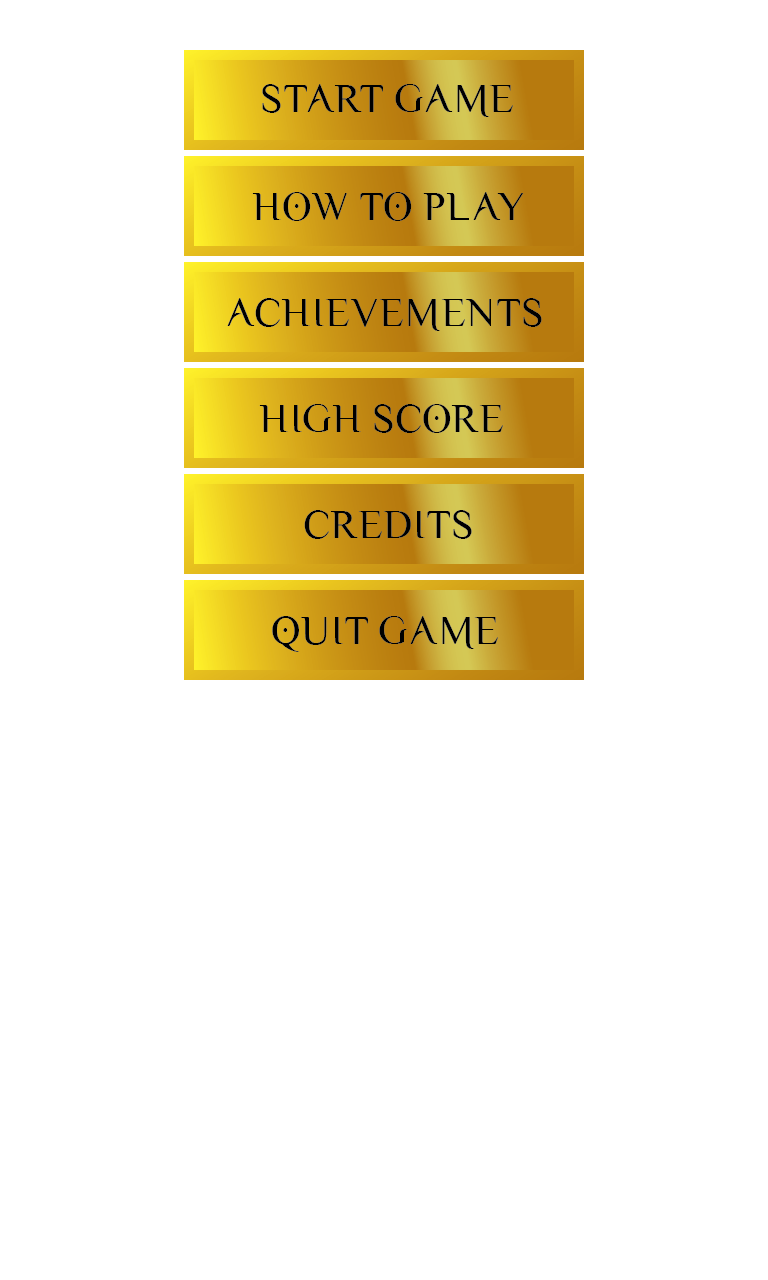
Repository: Zilter/IMT3671-Mobile-Project
Layout: GemSwapper/res/layout/activity_main.xml
These files come from the project's save history. The layout is drawn as it stood at one moment and after the next save; the edit follows.
It is drawn on a 768 x 1280 px phone screen (xhdpi) without system bars, with theme AppTheme; the app's code is not run.

Above is the layout before, as saved 2012-12-04 12:23:40.

### GemSwapper/res/layout/activity_main.xml
<RelativeLayout xmlns:android="http://schemas.android.com/apk/res/android"
    xmlns:tools="http://schemas.android.com/tools"
    android:layout_width="fill_parent"
    android:layout_height="fill_parent" >

<!--     <ImageView -->
<!--         android:id="@+id/main_menu" -->
<!--         android:contentDescription="@string/imageDescription" -->
<!--         android:src="@drawable/ic_launcher.png" -->
<!--         android:layout_height="wrap_content" -->
<!--         android:layout_width="wrap_content" -->
<!--         android:layout_alignParentRight="true" -->
<!--         android:layout_centerVertical="true" -->
<!--         android:layout_marginRight="25dp"  -->
<!--     /> -->

    <LinearLayout
        android:layout_width="fill_parent"
        android:layout_height="fill_parent"
        android:orientation="vertical" >

     	<ImageButton
     	    android:id="@+id/start_game_button"
     	    android:background="@drawable/start_game_01"
     	    android:layout_height="wrap_content"
     	    android:layout_width="wrap_content"
     	    android:layout_gravity="center"
     	    android:layout_marginTop="25dp"
     	    android:contentDescription="@string/imageDescription"
     	    />

     	<ImageButton
     	    android:id="@+id/howToPlay_button"
     	    android:background="@drawable/how_to_play_01"
     	    android:layout_height="wrap_content"
     	    android:layout_width="wrap_content"
     	    android:layout_gravity="center"
     	    android:layout_marginTop="3dp"
     	    android:contentDescription="@string/imageDescription"
     	    />

     	<ImageButton
     	    android:id="@+id/achievements_button"
     	    android:background="@drawable/achievements_01"
     	    android:layout_height="wrap_content"
     	    android:layout_width="wrap_content"
     	    android:layout_gravity="center"
     	    android:layout_marginTop="3dp"
     	    android:contentDescription="@string/imageDescription"
     	    />

     	<ImageButton
     	    android:id="@+id/high_score_button"
     	    android:background="@drawable/high_score_01"
     	    android:layout_height="wrap_content"
     	    android:layout_width="wrap_content"
     	    android:layout_gravity="center"
     	    android:layout_marginTop="3dp"
     	    android:contentDescription="@string/imageDescription"
     	    />

     	<ImageButton
     	    android:id="@+id/credits_button"
     	    android:background="@drawable/credits_01"
     	    android:layout_height="wrap_content"
     	    android:layout_width="wrap_content"
     	    android:layout_gravity="center"
     	    android:layout_marginTop="3dp"
     	    android:contentDescription="@string/imageDescription"
     	    />

     	<ImageButton
     	    android:id="@+id/quit_game_button"
     	    android:background="@drawable/quit_game_01"
     	    android:layout_height="wrap_content"
     	    android:layout_width="wrap_content"
     	    android:layout_gravity="center"
     	    android:layout_marginTop="3dp"
     	    android:contentDescription="@string/imageDescription"
     	    />


    </LinearLayout>

</RelativeLayout>

### GemSwapper/res/values/strings.xml
<?xml version="1.0" encoding="utf-8"?>
<resources>

    <string name="app_name">GemSwapper</string>
    <string name="menu_settings">Settings</string>

    <!-- activities -->
    <string name="title_activity_main">MainActivity</string>
    <string name="title_activity_highscore">HighscoreActivity</string>
    <string name="title_activity_credits">CreditsActivity</string>

    <!-- Main Menu & Menu Buttons -->
    <string name="start_game">Start Game</string>
    <string name="how_to_play">How to Play</string>
    <string name="achievements">Achievements</string>
    <string name="high_score">High Scores</string>
    <string name="credits">Credits</string>
    <string name="quit_game">Quit Game</string>
    <string name="imageDescription">This is an image</string>

    <!-- Activity - How To Play -->
    <string name="howToPlayGame1">Tilt your phone in the direction you want to move.</string>
    <string name="howToPlayGame2">The goal of the game is to survive for as long as you can without hitting the edge of your screen.</string>
    <string name="howToImage1">Tilt</string>

    <!-- Activity - Credits -->
    <string name="creditsMain">Credits</string>
    <string name="creators">This game was created by Christian Stokkebekk, Christian Holt and
        Øyvind Nordli for an assignment in Mobile Systems Programming at Gjøvik University College (GUC)</string>

    <!-- Activity - High Score -->
    <string name="highScoreMain">High Score</string>
    <string name="name">Name:\t</string>
    <string name="highscore">Score:\t</string>
    <string name="loading">Please wait, loading data</string>
    <string name="hello_world">Hello world!</string>
    <string name="title_activity_game">Game</string>
    <string name="title_activity_achievements">Achievements</string>
    <string name="title_activity_how_to">HowToActivity</string>

</resources>

Loaded but not shown: GemSwapper/res/values-v11/styles.xml (common file); GemSwapper/res/values-v14/styles.xml (common file); GemSwapper/res/values/styles.xml (common file)

After the next save:
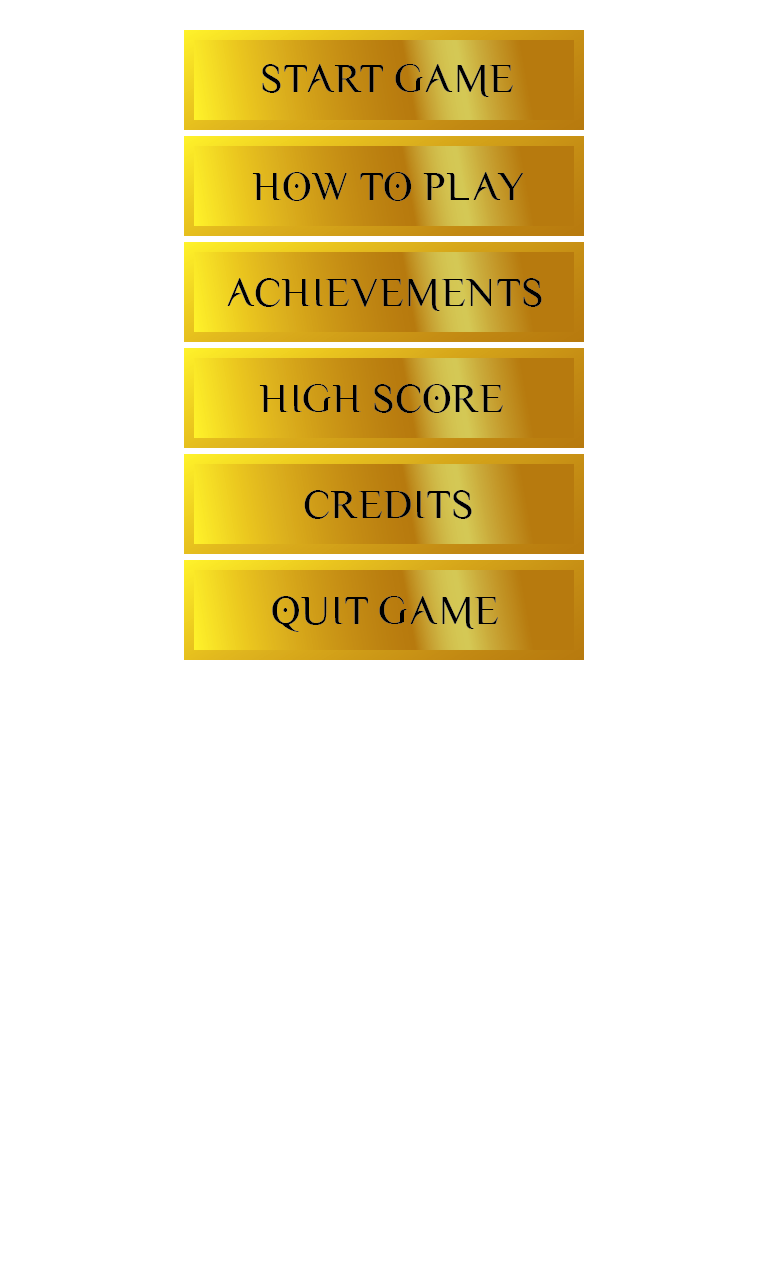
Saved 34 s later.
--- a/GemSwapper/res/layout/activity_main.xml
+++ b/GemSwapper/res/layout/activity_main.xml
@@ -25,7 +25,7 @@
      	    android:layout_height="wrap_content"
      	    android:layout_width="wrap_content"
      	    android:layout_gravity="center"
-     	    android:layout_marginTop="25dp"
+     	    android:layout_marginTop="15dp"
      	    android:contentDescription="@string/imageDescription"
      	    />
 
@@ -76,6 +76,7 @@
      	    android:layout_width="wrap_content"
      	    android:layout_gravity="center"
      	    android:layout_marginTop="3dp"
+     	    android:layout_marginBottom="15dp"
      	    android:contentDescription="@string/imageDescription"
      	    />
 
